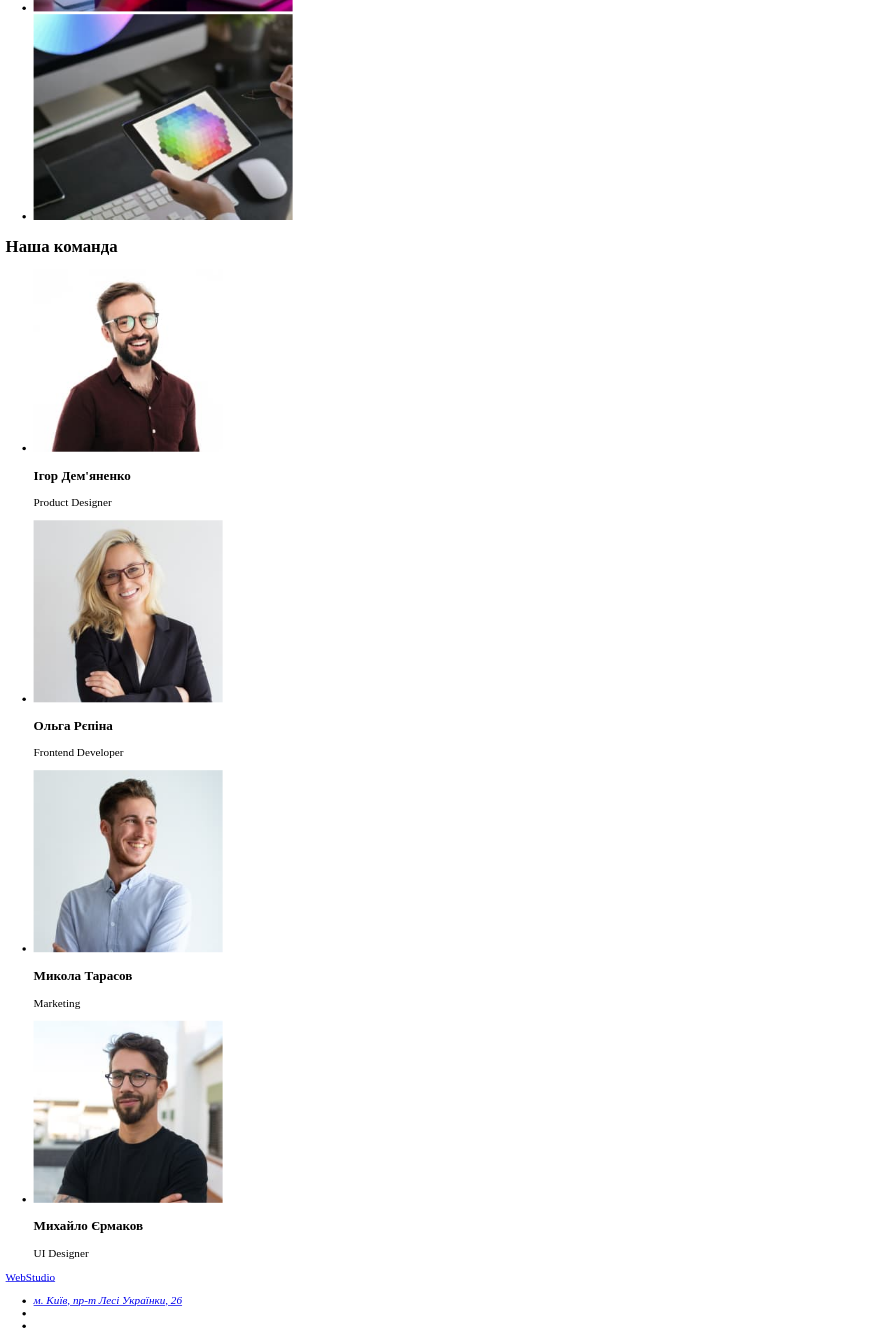
Repository: Mariia2811/goit-markup-hw-03
Page: index.html
The author's editor kept a copy of each file at every save. The page is drawn from the files as they stood at one save, then again after the next save.
The browser window is 1280 px wide. The pictures show the part of the page from y = 1235 to 3155 px (the page is 3155 px tall before and 3137 px after), at 70% of full size.

Above is the page before, as saved 2022-11-16 17:42:45.

### index.html
<!DOCTYPE html>
<html lang="uk">
  <head>
    <meta charset="UTF-8" />
    <meta http-equiv="X-UA-Compatible" content="IE=edge" />
    <meta name="viewport" content="width=device-width, initial-scale=1.0" />
    <title>Document</title>
  </head>
  <body>
    <header>
        <nav>
            <a href="./index.html">WebStudio</a>
            <ul>
                <li><a href="">Студія</a></li>
                <li><a href="">Портфоліо</a></li>
                <li><a href="">Контакти</a></li>
            </ul>
            <ul>
                <li><a href="mailto:info@devstudio.com">info@devstudio.com</a></li>
                <li><a href="tel:+380961111111">+38 096 111 11 11</a></li>
            </ul>
        </nav>
    </header>
    <main>
        <section>
            <h1>Ефективні рішення для вашого бізнесу</h1>
            <button type="button">Замовити послугу</button>
        </section>
        <section>
            <h2>Наші особливості</h2>
            <ul>
                <li>
                    <h3>Увага до деталей</h3>
                    <p>Ідейні міркування, і навіть початок повсякденної роботи з формування позиції.</p>
                </li>
                <li>
                    <h3>Пунктуальність</h3>
                    <p>Завдання організації, особливо рамки і місце навчання кадрів тягне у себе.</p>
                </li>
                <li>
                    <h3>Планування</h3>
                    <p>Так само консультація з широким активом значною мірою зумовлює.</p>
                </li>
                <li>
                    <h3>Сучачні технології</h3>
                    <p>Значимість цих проблем настільки очевидна, що реалізація планових завдань.Значимість цих проблем настільки очевидна, що реалізація планових завдань.</p>
                </li>
            </ul>
        </section>
        <section>
            <h2>Чим ми займаємося</h2>
            <ul>
                <li><img src="./images/coding.jpg" alt="Процес набирання коду" width="370"></li>
                <li><img src="./images/optimization.jpg" alt="Дівчина тримає телефон в руках і працює за ноутбуком" width="370"></li>
                <li><img src=".//images/tablet.jpg" alt="На екрані планшету, який тримають в руці, зображений спектр кольорів" width="370"></li>
            </ul>
        </section>
        <section>
            <h2>Наша команда</h2>
            <ul>
                <li>
                    <img src="./images/designer.jpg" alt="Усміхнений хлопець в окулярах" width="270">
                    <h3>Ігор Дем'яненко</h3>
                    <p>Product Designer</p>
                </li>
                <li>
                    <img src="./images/developer.jpg" alt="Усміхнена дівчина в окулярах" width="270">
                    <h3>Ольга Рєпіна</h3>
                    <p>Frontend Developer</p>
                </li>
                <li>
                    <img src="./images/marketing.jpg" alt="Усміхнений хлопець" width="270">
                    <h3>Микола Тарасов</h3>
                    <p>Marketing</p>
                </li>
                <li>
                    <img src="./images/uidesigner.jpg" alt="Усміхнений хлопець з бородою в окулярах" width="270">
                    <h3>Михайло Єрмаков</h3>
                    <p>UI Designer</p>
                </li>
            </ul>
        </section>
    </main>
    <footer>
        <a href="./index.html">WebStudio</a>
        <address>
            <ul>
                <li><a href="https://www.google.com.ua/maps/place/%D0%B1%D1%83%D0%BB.+%D0%9B%D0%B5%D1%81%D0%B8+%D0%A3%D0%BA%D1%80%D0%B0%D0%B8%D0%BD%D0%BA%D0%B8,+26,+%D0%9A%D0%B8%D0%B5%D0%B2,+02000/@50.4265807,30.5361918,17z/data=!3m1!4b1!4m5!3m4!1s0x40d4cf0e033ecbe9:0x57a4dffefec77da0!8m2!3d50.4265807!4d30.5383858?hl=ru">м. Київ, пр-т Лесі Українки, 26</a></li>
                <li><a href=""></a></li>
                <li><a href=""></a></li>
            </ul>
        </address>
    </footer>
  </body>
</html>

After the next save:
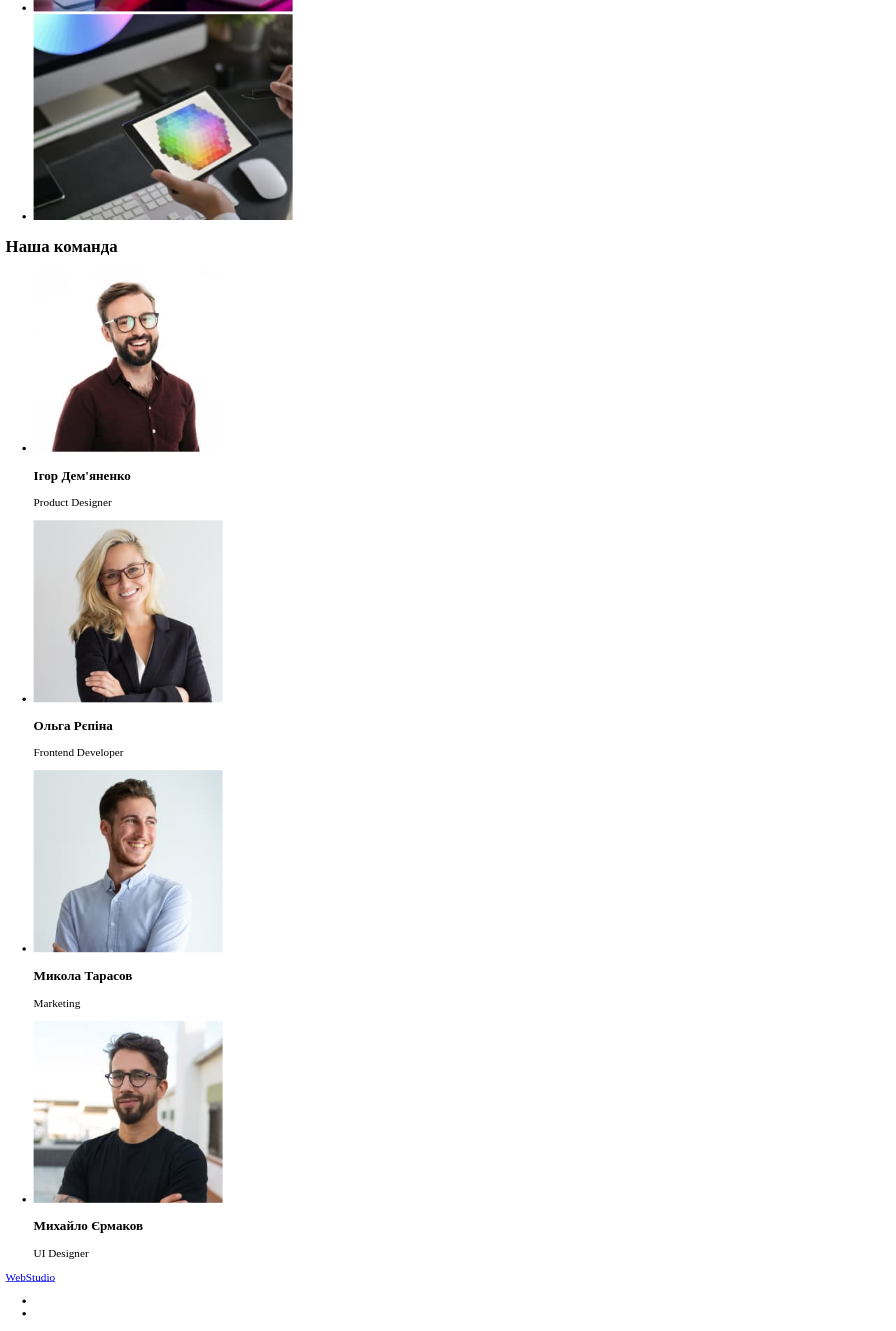
Saved 36 s later.
--- a/index.html
+++ b/index.html
@@ -85,7 +85,7 @@
         <a href="./index.html">WebStudio</a>
         <address>
             <ul>
-                <li><a href="https://www.google.com.ua/maps/place/%D0%B1%D1%83%D0%BB.+%D0%9B%D0%B5%D1%81%D0%B8+%D0%A3%D0%BA%D1%80%D0%B0%D0%B8%D0%BD%D0%BA%D0%B8,+26,+%D0%9A%D0%B8%D0%B5%D0%B2,+02000/@50.4265807,30.5361918,17z/data=!3m1!4b1!4m5!3m4!1s0x40d4cf0e033ecbe9:0x57a4dffefec77da0!8m2!3d50.4265807!4d30.5383858?hl=ru">м. Київ, пр-т Лесі Українки, 26</a></li>
+                <li><a href="https://www.google.com.ua/maps/place/%D0%B1%D1%83%D0%BB.+%D0%9B%D0%B5%D1%81%D0%B8+%D0%A3%D0%BA%D1%80%D0%B0%D0%B8%D0%BD%D0%BA%D0%B8,+26,+%D0%9A%D0%B8%D0%B5%D0%B2,+02000/@50.4265807,30.5361918,17z/data=!3m1!4b1!4m5!3m4!1s0x40d4cf0e033ecbe9:0x57a4dffefec77da0!8m2!3d50.4265807!4d30.5383858?hl=ru"  target="_blank" rel="noopener noreferrer nofollow>м. Київ, пр-т Лесі Українки, 26</a></li>
                 <li><a href=""></a></li>
                 <li><a href=""></a></li>
             </ul>

After the 2 saves that followed:
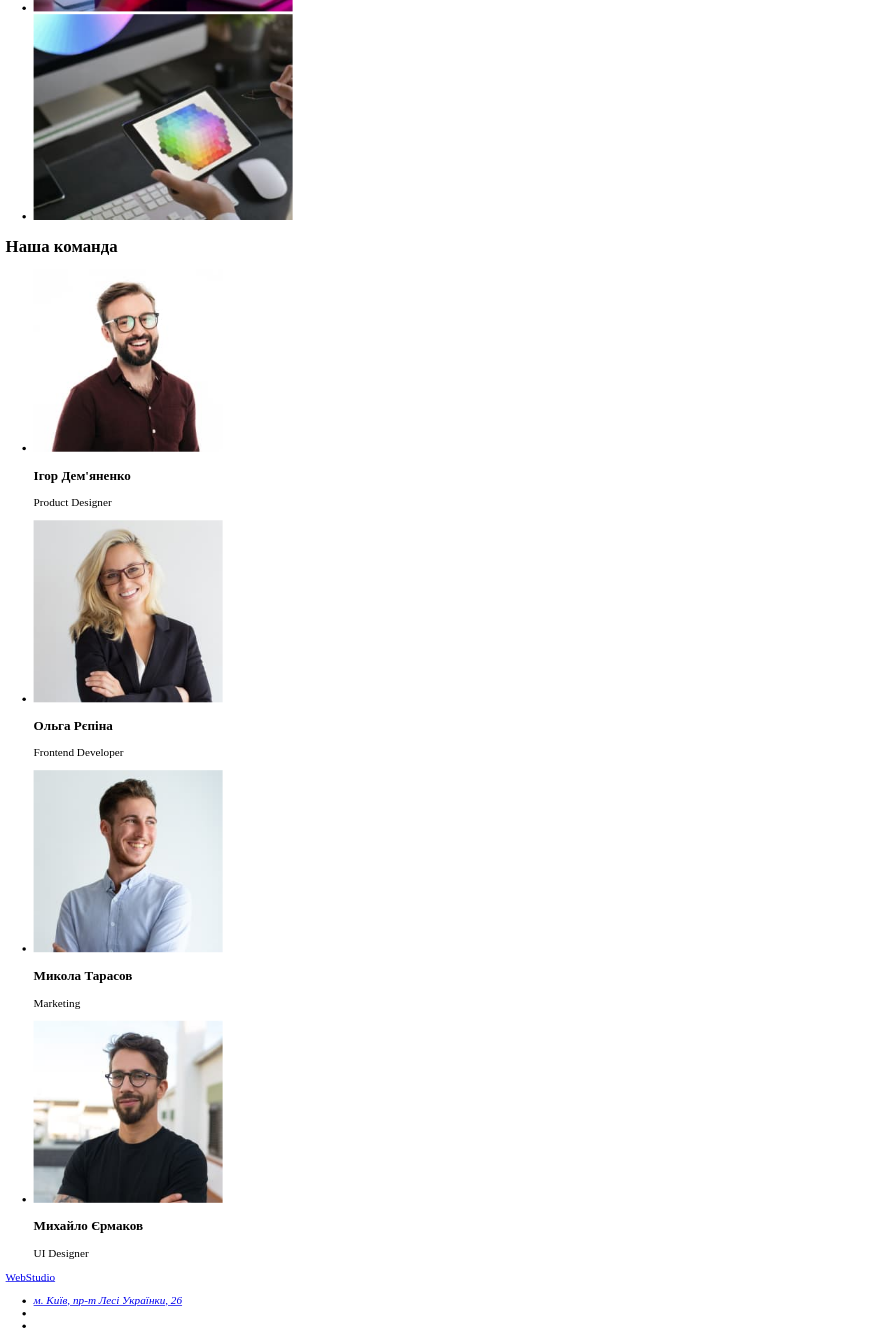
The 2 saves are shown as one change because they came seconds apart.
The last was saved 5 s later.
--- a/index.html
+++ b/index.html
@@ -85,7 +85,7 @@
         <a href="./index.html">WebStudio</a>
         <address>
             <ul>
-                <li><a href="https://www.google.com.ua/maps/place/%D0%B1%D1%83%D0%BB.+%D0%9B%D0%B5%D1%81%D0%B8+%D0%A3%D0%BA%D1%80%D0%B0%D0%B8%D0%BD%D0%BA%D0%B8,+26,+%D0%9A%D0%B8%D0%B5%D0%B2,+02000/@50.4265807,30.5361918,17z/data=!3m1!4b1!4m5!3m4!1s0x40d4cf0e033ecbe9:0x57a4dffefec77da0!8m2!3d50.4265807!4d30.5383858?hl=ru"  target="_blank" rel="noopener noreferrer nofollow>м. Київ, пр-т Лесі Українки, 26</a></li>
+                <li><a href="https://www.google.com.ua/maps/place/%D0%B1%D1%83%D0%BB.+%D0%9B%D0%B5%D1%81%D0%B8+%D0%A3%D0%BA%D1%80%D0%B0%D0%B8%D0%BD%D0%BA%D0%B8,+26,+%D0%9A%D0%B8%D0%B5%D0%B2,+02000/@50.4265807,30.5361918,17z/data=!3m1!4b1!4m5!3m4!1s0x40d4cf0e033ecbe9:0x57a4dffefec77da0!8m2!3d50.4265807!4d30.5383858?hl=ru"  target="_blank" rel="noopener noreferrer nofollow">м. Київ, пр-т Лесі Українки, 26</a></li>
                 <li><a href=""></a></li>
                 <li><a href=""></a></li>
             </ul>
